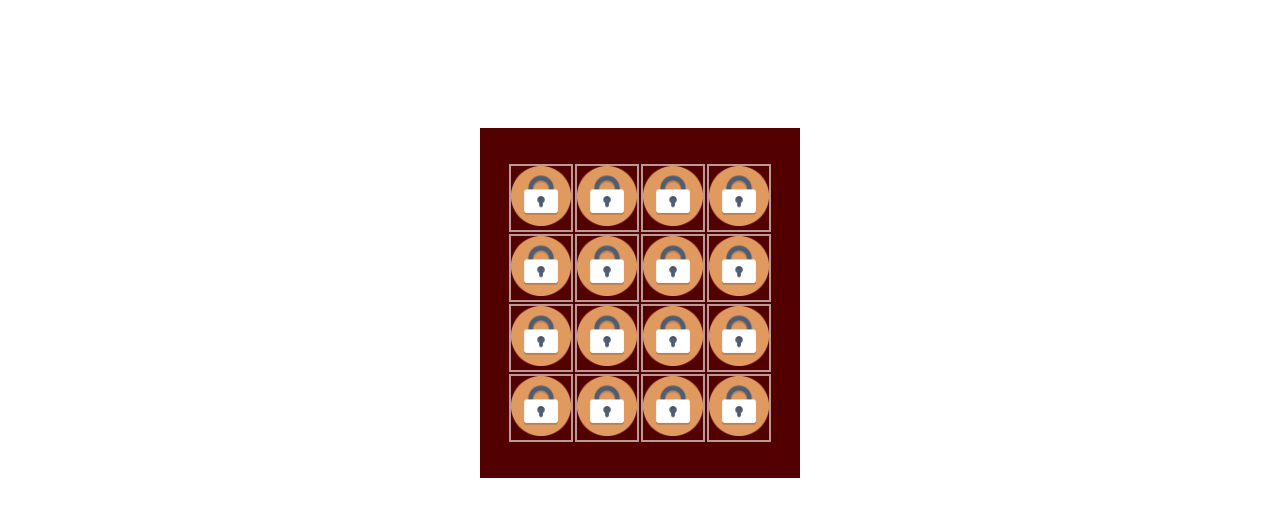
Repository: jb223cp/1dv403-laborationer
Page: 3-gameon/memory/index.html
The author's editor kept a record of every edit. The page is drawn from the files as they stood at one moment, then again after the next edit.
The browser window is 1280 px wide. The pictures show the whole page.
After loading, the first visible `#\30` was clicked once.

Above is the page before.
Console error: ReferenceError: questionMark is not defined

### 3-gameon/memory/index.html
<!DOCTYPE html>
<html lang="sv">
<head>
	<meta charset="UTF-8" />
	<link href='//fonts.googleapis.com/css?family=Bangers' rel='stylesheet' type='text/css'>
	<link rel="stylesheet" href="css/main.css" media="only screen and (min-width:768px)" />
	      <script src="script/random.js"></script>
    	  <script src="script/memory.js"></script>
 	<title>Memory</title>

</head>
    <body>
        <section id="container">
            <p id="counter"></p>
            <table id="board">

            </table>
        </section>
    </body>
</html>

### 3-gameon/memory/css/main.css
html, body, div, span, applet, object, iframe,
p, blockquote, pre,
a, abbr, acronym, address, big, cite, code,
del, dfn, em, img, ins, kbd, q, s, samp,
small, strike, strong, sub, sup, tt, var,
b, u, i, center, ol, ul, li,
fieldset, form, label, legend,
table, caption, tbody, tfoot, thead, tr, th, td,
article, aside, canvas, details, embed,
figure, figcaption, footer, header, hgroup,
menu, nav, output, ruby, section, summary,
time, mark, audio, video {
	margin: 0;
	padding: 0;
	border: 0;
	font-size: 100%;
	font: inherit;
	vertical-align: baseline;
}
/* HTML5 display-role reset for older browsers */

article, aside, details, figcaption, figure,
footer, header, hgroup, menu, nav, section {
	display: block;
}

section{
    width:25%;
    margin-top:10%;
    background-color:#520000;
    margin-left:auto;
    margin-right:auto;
}
table{

    margin-left:auto;
    margin-right:auto;
    padding-top:10%;
    padding-bottom:10%;
    border-style:solid;
    border-width:2px;
    border-color:#520000;
}

td{
    width:60px;
    height:60px;
    border-style:solid;
    border-width:2px;
    border-color:#BA9999;
}
img{
    width:100%;
    height:100%;
}

### 3-gameon/memory/script/random.js
var RandomGenerator = {

	/*
		Denna metod tar antalet rader och columner som inparameter.

		Metoden returnerar en array inneh�llandes utslumpade tal mellan 1 och (rows*cols)/2. Varje tal representeras tv�
		g�nger och motsvarar s�ledes en spelbricka.

		I en 4*4 matris kan Arrayen t.ex. se ut s� h�r:
		[1,2,6,8,6,2,5,3,1,3,7,5,8,4,4,7]

		I en 2*4 matris kan Arrayen t.ex. se ut s� h�r:
		[3,4,4,1,2,1,2,3]
	*/

	getPictureArray: function(rows, cols)
	{
		var numberOfImages = rows*cols;
		var maxImageNumber = numberOfImages/2;

	   	var imgPlace = [];

	   //Utplacering av bilder i Array
	   for(var i=0; i<numberOfImages; i++)
		  imgPlace[i] = 0;

		for(var currentImageNumber=1; currentImageNumber<=maxImageNumber; currentImageNumber++)
		{
			var imageOneOK = false;
			var imageTwoOK = false;

			do
			{
				if(imageOneOK == false)
				{
					var randomOne = Math.floor( (Math.random() * (rows*cols-0) + 0) );

					if( imgPlace[randomOne] == 0 )
					{
						imgPlace[randomOne] = currentImageNumber;
						imageOneOK = true;
					}
				}

				if(imageTwoOK == false)
				{
					var randomTwo = Math.floor( (Math.random() * (rows*cols-0) + 0) );

					if( imgPlace[randomTwo] == 0 )
					{
						imgPlace[randomTwo] = currentImageNumber;
						imageTwoOK = true;
					}
				}
			}
			while(imageOneOK == false || imageTwoOK == false);
		}

		return imgPlace;
	}
}

### 3-gameon/memory/script/memory.js
"use strict";

var Memory = {

    squares:[],
    rows: 4,
    cols: 4,

    init: function(){



       Memory.squares = RandomGenerator.getPictureArray(Memory.rows, Memory.cols);

       console.log(Memory.squares);
       console.log(Memory.squares[0]);
       Memory.renderTable(4,4);

       return false;
    },

    renderTable: function(rows,cols){


        var table=document.getElementById("board");
        var placeHolder=0;


        var tableRow,imgTag,link,tableCol;
        for (var i=0; i<rows; ++i){

            tableRow = document.createElement("tr");
            table.appendChild(tableRow);

               for (var j=0; j<cols;++j){
                   tableCol=document.createElement("td");
                   imgTag =document.createElement("img");
                   link = document.createElement("a");
                   imgTag.setAttribute("src", "pics/0.png");
                   imgTag.setAttribute("alt", "?");
                   link.setAttribute("href", "#");
                   link.setAttribute("class", "link");
                   if(rows===cols){
                   placeHolder=(((rows*(i+1))-rows)+j);
                   }
                   else if(cols>rows){
                       placeHolder=(rows*i)+i+j;
                   }
                   else{
                       placeHolder=(cols*j)+i+j;
                   }

                   link.setAttribute("id", placeHolder);

                   tableRow.appendChild(tableCol);
                   tableCol.appendChild(link);
                   link.appendChild(imgTag);
               }
        }


        var picNumber=0;
        var unknown;
        var previousPosition;
        var previousNumber;
        var counter=1;
        var solved;
        var flag=true;


        var el=document.body.getElementsByClassName('link');
        for(var c=0 ;c<el.length; c++) {


               el[c].onclick = function() {

                   if(questionMark===false){
                       event.preventDefault();
                   }

                   unknown=this.id;
                   var isOdd = counter%2;

                   if(unknown===previousPosition && isOdd===0){
                       event.preventDefault();
                   }

                   picNumber=Memory.squares[this.id];

                   var current = document.getElementById(unknown);
                   var previous = document.getElementById(previousPosition);

                       if (isOdd===1){

                           current.firstChild.setAttribute("src", "pics/"+picNumber+".png");
                           /*current.setAttribute("onclick", "return false");*/
                           current.removeAttribute("href");
                           current.setAttribute("class","linksolved");

                       }
                       else{

                                   current.firstChild.setAttribute("src", "pics/"+picNumber+".png");

                                if (previousNumber===picNumber && unknown!=previousPosition){

                                   previous.firstChild.setAttribute("src", "pics/"+picNumber+".png");
                                   previous.setAttribute("onclick", "return false");
                                   previous.setAttribute("class","linksolved");
                                   current.setAttribute("class","linksolved");
                                   current.setAttribute("onclick", "return false");

                                }
                                else{

                                   /*questionMark=document.body.getElementsByClassName('link');*/
                                   questionMark=false;


                                        setTimeout(function (callback) {
                                               questionMark=true;
                                               current.firstChild.setAttribute("src", "pics/0.png");
                                               previous.firstChild.setAttribute("src", "pics/0.png");
                                               current.removeAttribute("onclick");
                                               previous.removeAttribute("onclick");
                                               previous.setAttribute("href", "#");

                                               previous.setAttribute("class","link");
                                               current.setAttribute("class","link");

                                              // if callback exist execute it
                                              callback && callback();
                                           }, 800);

                                }
                       }

                       // By setting current values on previous variables, secures that I can reach previous click values
                       previousNumber=picNumber;
                       previousPosition=unknown;

                       //Increase counter by one
                       counter++;

                       solved=document.body.getElementsByClassName('linksolved');

                       //GAME OVER, writes how many tries were needed to finish the game (two clicks are one try)
                       if(solved.length===(rows*cols)){

                           var message = document.getElementById("counter");
		                   message.innerHTML = "CONGRATULATION, You won after "+  Math.floor(counter/2) + " tries!!!";

                       }

                       return false;
            }
        }
    }
};

window.onload = Memory.init;

After the next edit:
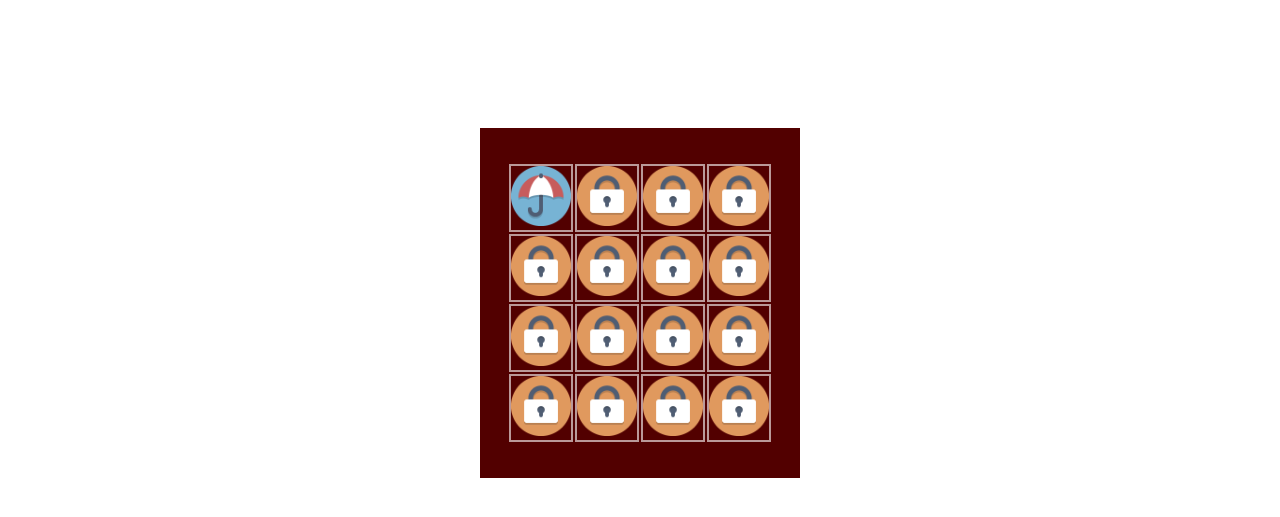
The error is gone.
The edit:
--- a/3-gameon/memory/script/memory.js
+++ b/3-gameon/memory/script/memory.js
@@ -74,7 +74,7 @@
 
                el[c].onclick = function() {
 
-                   if(questionMark===false){
+                   if(flag===false){
                        event.preventDefault();
                    }
 
